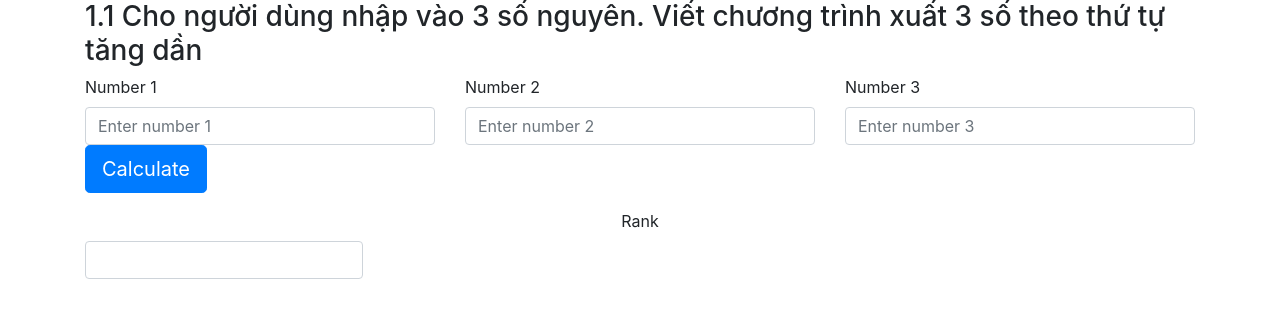
Repository: baobaodeveloper/bootscamp21__jsbasic__HuynhAnhBao
Page: index.html
An editor plug-in stored every save of this project. The page is shown before and after the next save, followed by the edit.
The browser window is 1280 px wide. The pictures show the whole page.

Above is the page before, as saved 2022-03-09 23:09:24.

### index.html
<!DOCTYPE html>
<html lang="en">
  <head>
    <title>javaScript basic</title>
    <!-- Required meta tags -->
    <meta charset="utf-8" />
    <meta
      name="viewport"
      content="width=device-width, initial-scale=1, shrink-to-fit=no"
    />

    <!-- Bootstrap CSS -->
    <link
      rel="stylesheet"
      href="https://stackpath.bootstrapcdn.com/bootstrap/4.3.1/css/bootstrap.min.css"
      integrity="sha384-ggOyR0iXCbMQv3Xipma34MD+dH/1fQ784/j6cY/iJTQUOhcWr7x9JvoRxT2MZw1T"
      crossorigin="anonymous"
    />
  </head>
  <body>
    <div class="container">
      <h3>
        1.1 Cho người dùng nhập vào 3 số nguyên. Viết chương trình xuất 3 số
        theo thứ tự tăng dần
      </h3>

      <div class="row">
        <div class="col">
          <label class="form-label">Number 1</label>
          <input
            type="number"
            class="form-control"
            placeholder="Enter number 1"
          />
        </div>
        <div class="col">
          <label class="form-label">Number 2</label>
          <input
            type="number"
            class="form-control"
            placeholder="Enter number 2"
          />
        </div>
        <div class="col">
          <label class="form-label">Number 3</label>
          <input
            type="number"
            class="form-control"
            placeholder="Enter number 3"
          />
        </div>
      </div>

      <button type="button" class="btn btn-primary btn-lg">Calculate</button>

      <div class="mt-3 text-center mr-auto ml-auto">
        <label class="form-label">Rank</label>
        <input type="text" class="form-control w-25" />
      </div>
    </div>
    <!-- Optional JavaScript -->
    <!-- jQuery first, then Popper.js, then Bootstrap JS -->
    <script
      src="https://code.jquery.com/jquery-3.3.1.slim.min.js"
      integrity="sha384-q8i/X+965DzO0rT7abK41JStQIAqVgRVzpbzo5smXKp4YfRvH+8abtTE1Pi6jizo"
      crossorigin="anonymous"
    ></script>
    <script
      src="https://cdnjs.cloudflare.com/ajax/libs/popper.js/1.14.7/umd/popper.min.js"
      integrity="sha384-UO2eT0CpHqdSJQ6hJty5KVphtPhzWj9WO1clHTMGa3JDZwrnQq4sF86dIHNDz0W1"
      crossorigin="anonymous"
    ></script>
    <script
      src="https://stackpath.bootstrapcdn.com/bootstrap/4.3.1/js/bootstrap.min.js"
      integrity="sha384-JjSmVgyd0p3pXB1rRibZUAYoIIy6OrQ6VrjIEaFf/nJGzIxFDsf4x0xIM+B07jRM"
      crossorigin="anonymous"
    ></script>
  </body>
</html>

After the next save:
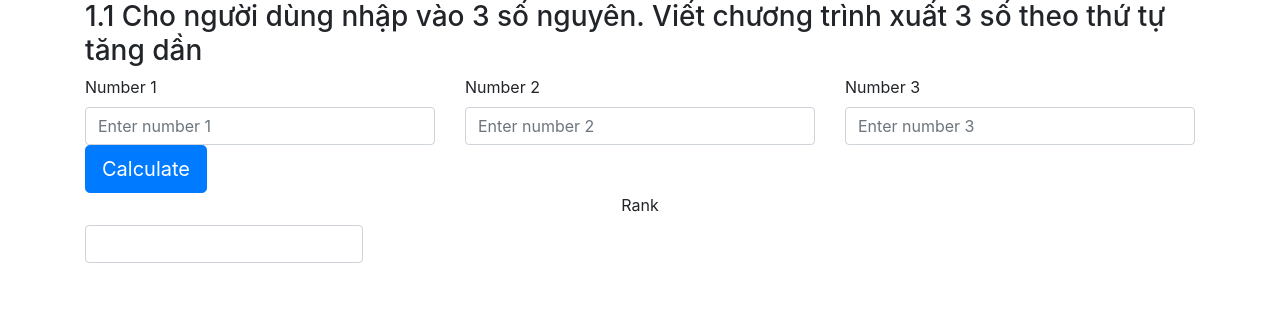
Saved 13 s later.
--- a/index.html
+++ b/index.html
@@ -53,7 +53,7 @@
 
       <button type="button" class="btn btn-primary btn-lg">Calculate</button>
 
-      <div class="mt-3 text-center mr-auto ml-auto">
+      <div class="mt-3 text-center m-auto">
         <label class="form-label">Rank</label>
         <input type="text" class="form-control w-25" />
       </div>
